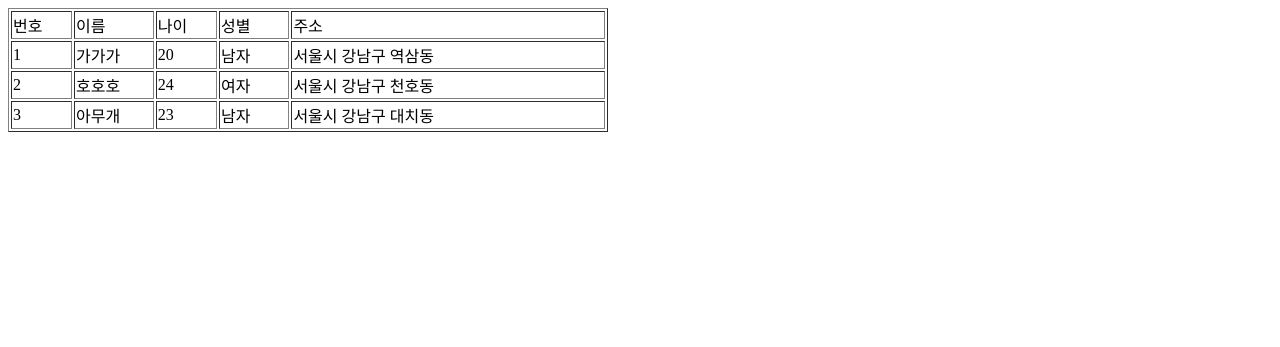
Repository: hb6700/client
Page: ClientTest/src/main/webapp/html/ex16_table.html
The author's editor kept a copy of each file at every save. The page is drawn from the files as they stood at one save, then again after the next save.
The browser window is 1280 px wide. The pictures show the whole page.

Above is the page before, as saved 2023-09-21 01:06:54.

After the next save:
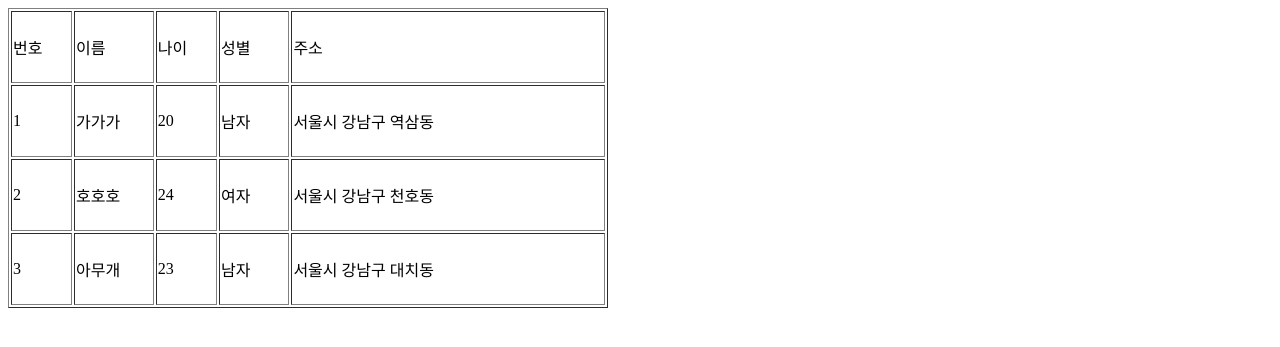
Saved 102 s later.
--- a/ClientTest/src/main/webapp/html/ex16_table.html
+++ b/ClientTest/src/main/webapp/html/ex16_table.html
@@ -10,8 +10,9 @@
 		1. 기본작성<table> <tr> <td>
 		2. 데이터 작성
 		3. 크기 > 전체너비 > 열 너비
+			** 높이(X) > 데이터 추가/삭제 > 높이 변경해야 하기 때문에
 		-->
-		<table border = "1" width="600">
+		<table border = "1" width="600" height="300">
 			<!-- 테이브 헤더 -->
 			<tr>
 				<td width="60">번호</td>

After the save that followed:
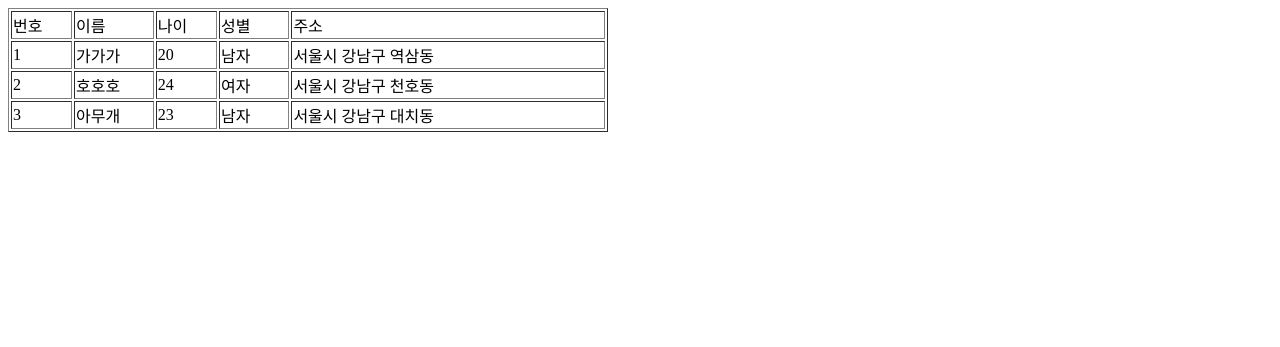
Saved 21 s later.
--- a/ClientTest/src/main/webapp/html/ex16_table.html
+++ b/ClientTest/src/main/webapp/html/ex16_table.html
@@ -12,7 +12,7 @@
 		3. 크기 > 전체너비 > 열 너비
 			** 높이(X) > 데이터 추가/삭제 > 높이 변경해야 하기 때문에
 		-->
-		<table border = "1" width="600" height="300">
+		<table border = "1" width="600">
 			<!-- 테이브 헤더 -->
 			<tr>
 				<td width="60">번호</td>
